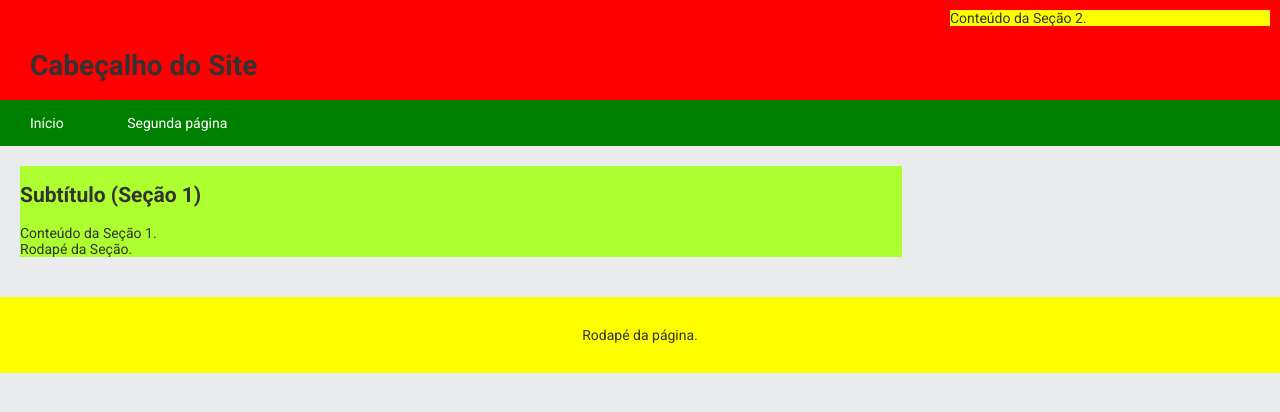
Repository: rrresck/pos_graduacao
Page: index.html
These files come from the project's save history. The page is drawn as it stood at one moment and after the next save; the edit follows.
The browser window is 1280 px wide. The pictures show the whole page.

Above is the page before, as saved 2023-05-04 11:31:45.

### index.html
<!DOCTYPE html>
<html lang="pt-BR">
<head>
    <meta charset="UTF-8">
    <meta http-equiv="X-UA-Compatible" content="IE=edge">
    <meta name="viewport" content="width=device-width, initial-scale=1.0">
    <meta name="author" content="Rafael Rodrigues Resck">
    <meta name="description" content="Template inicial do HTML.">
    <link rel="stylesheet" href="css/styles.css">
    <title>Tema 5 - Bloco 1</title>
</head>
<body>
    <header class="cabecalho">
        <h1>Cabeçalho do Site</h1>
    </header>
    <nav class="menu">
        <ul>
            <li><a href="index.html">Início</a></li>
            <li><a href="#">Segunda página</a></li>
        </ul>
    </nav>
    <div class="row">
        <section id="secao1">
            <header>
                <h2>Subtítulo (Seção 1)</h2>
            </header>
            <article>
                Conteúdo da Seção 1.
            </article>
            <footer>
                Rodapé da Seção.
            </footer>
            <aside id="secao2">
                Conteúdo da Seção 2.
            </aside>
        </section>
    </div>
    <footer class="rodape">
        Rodapé da página.
    </footer>
</body>
</html>

### css/styles.css
@import url("https://fonts.googleapis.com/css?family=Roboto:400,500,700&display=swap");

body {
    margin: 0;
    padding: 0;
    font: 14px "Roboto", sans-serif;
    color: #333;
    background: #eaebec;
    -webkit-font-smoothing: antialiased !important;
}

.cabecalho {
    height: 40px;
    padding: 30px;
    text-align: left;
    background: red;
    overflow: hidden;
}

.menu {
    background-color: green;
    overflow: hidden;
}

.menu ul {
    margin-right: 10%;
    margin-left: 10%;
}

.menu ul, li {
    padding: 0;
    margin: 0;
}

.menu li, a {
    color: #ffffff;
    text-decoration: none;
    display: inline-block;
}

.menu a {
    padding: 15px 30px;
}

.menu a:hover {
    background-color: white;
    color: black;
}

.row {
    padding: 10px;
}

#secao1 {
    float: left;
    width: 70%;
    background-color: greenyellow;
    margin: 10px;
}

#secao2 {
    position: fixed;
    top: 0;
    right: 0;
    width: 25%;
    background-color: yellow;
    margin: 10px;
}

.row::after {
    content: "";
    display: table;
    clear: both;
}

.rodape {
    padding: 30px;
    background: yellow;
    text-align: center;
    margin-top: 20px;
}

After the next save:
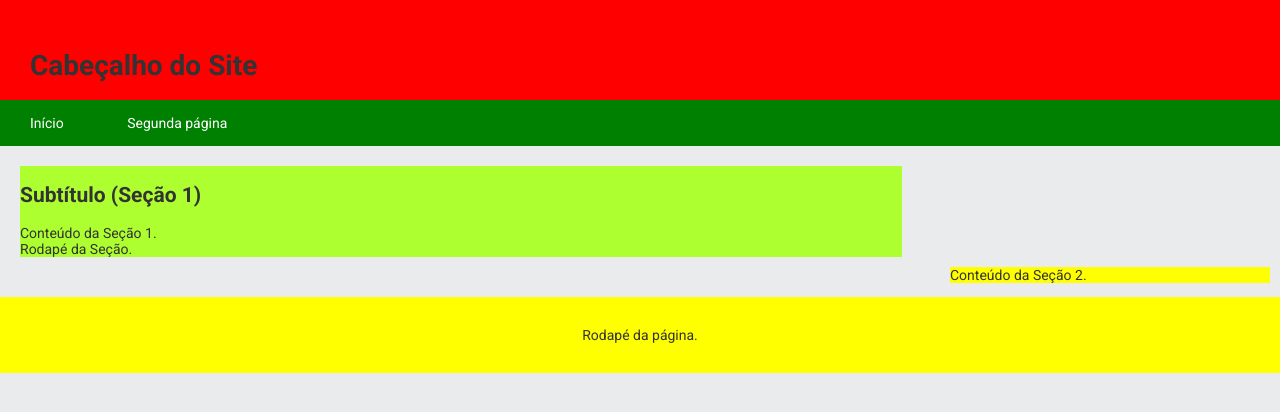
Saved 23 s later.
--- a/css/styles.css
+++ b/css/styles.css
@@ -60,7 +60,6 @@ body {
 
 #secao2 {
     position: fixed;
-    top: 0;
     right: 0;
     width: 25%;
     background-color: yellow;
